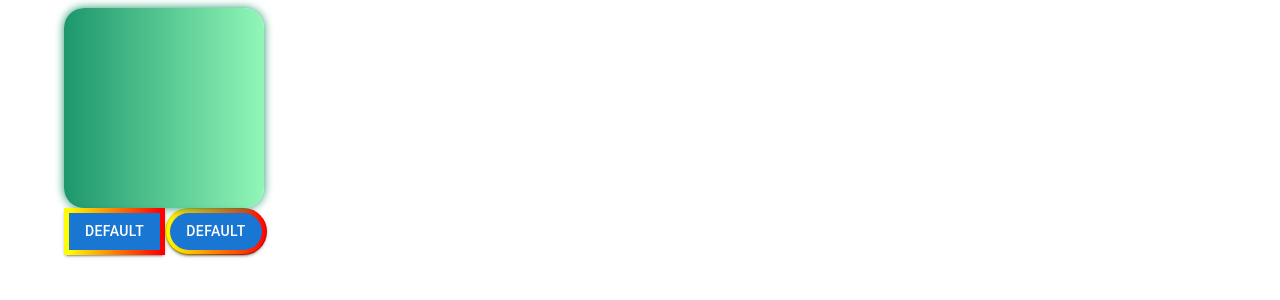
Repository: lokeshHappiest/reactjs-hm-template
Page: / (app in hm-react-template/)
An editor plug-in stored every save of this project. The page is shown before and after the next save, followed by the edit.
The browser window is 1280 px wide. The pictures show the whole page.
The project was rebuilt for these pictures with package versions that can differ from the ones it lists, and the page was loaded fresh each time. Requests to the local data server were answered from the project's data file. Also part of the build but not shown: hm-react-template/src/styles/styles.js, hm-react-template/src/components/SButton.jsx.

Above is the page before, as saved 2021-12-23 19:27:48.

### hm-react-template/src/App.js
import SButton from "./components/SButton";
import { useFetch } from "./hooks/useFetch";
import { useState } from "react";
import { Container } from "@mui/material";
import SCard from "./components/SCard";
import SGradientButton from "./components/SGradientButton";

export default function App() {
  const [url, setUrl] = useState("http://localhost:3000/notes");
  const { data, isPending, error } = useFetch(url);

  return (
    <Container>
      <SCard />
      <SGradientButton />
    </Container>
  );
}

### hm-react-template/src/hooks/useFetch.js
import { useState, useEffect } from "react";

export const useFetch = (url) => {
  const [data, setData] = useState(null);
  const [isPending, setIsPending] = useState(null);
  const [error, setError] = useState(null);

  useEffect(() => {
    const fetchData = async () => {
      setIsPending(true);
      try {
        const response = await fetch(url);
        if (!response.ok) {
          throw new Error(response.statusText);
        }
        const json = await response.json();
        setIsPending(false);
        setError(null);
        setData(json);
      } catch (err) {
        setIsPending(false);
        setError("could not fetch data");
        console.log(err.message);
      }
    };
    fetchData();
  }, [url]);
  return { data, isPending, error };
};

### hm-react-template/src/components/SCard.jsx
import { styled, Box } from "@mui/material";
import { unstable_extendSxProp as extendSXProp } from "@mui/system";

const StyledBox = styled(Box)({});

const styles = {
  card: {
    backgroundImage:
      "linear-gradient(to right, #1D976C 0%, #93F9B9  51%, #1D976C  100%)",
    transition: "0.5s",
    backgroundSize: "200% auto",
    color: "white",
    boxShadow: "0 0 10px #1D976C",
    borderRadius: "20px",
    display: "block",
    fontSize: "20px",
    width: 200,
    height: 200,
    "&:hover": {
      backgroundPosition: "right center",
    },
  },
};

export default function SCard(inProps) {
  const { sx } = extendSXProp(inProps);
  return <StyledBox sx={{ ...styles.card, ...sx }} />;
}

### hm-react-template/src/components/SGradientButton.jsx
import React from "react";
import { styled, Button } from "@mui/material";

const borderRadius = 25;

const options = {
  shouldForwardProp: (prop) => prop !== "gradientColors",
};

const GradientButton = styled(
  Button,
  options
)(({ theme, gradientColors }) => ({
  border: "5px solid",
  borderImageSlice: 1,
  borderImageSource: `linear-gradient(to left, ${gradientColors.join(",")})`,
}));

const RoundGradientButton = styled(
  Button,
  options
)(({ theme, gradientColors }) => ({
  position: "relative",
  border: "5px solid transparent",
  backgroundClip: "padding-box",
  borderRadius,

  "&:after": {
    position: "absolute",
    top: -5,
    left: -5,
    right: -5,
    bottom: -5,
    background: `linear-gradient(to left, ${gradientColors.join(",")})`,
    content: '""',
    zIndex: -1,
    borderRadius,
  },
}));

export default function SGradientButton() {
  return (
    <>
      <GradientButton gradientColors={["red", "yellow"]} variant="contained">
        Default
      </GradientButton>
      <RoundGradientButton
        gradientColors={["red", "yellow"]}
        variant="contained"
      >
        Default
      </RoundGradientButton>
    </>
  );
}

### hm-react-template/data/db.json
{
  "notes": [
    {
      "title": "Yoshi's birthday bash",
      "details": "Lorem Ipsum is simply dummy text of the printing and typesetting industry. Lorem Ipsum has been the industry's standard dummy text ever since the 1500s, when an unknown printer took a galley of type and scrambled it to make a type specimen book.",
      "category": "reminders",
      "id": 1
    },
    {
      "title": "Complete my ninja training",
      "details": "Lorem Ipsum is simply dummy text of the printing and typesetting industry. Lorem Ipsum has been the industry's standard dummy text ever since the 1500s, when an unknown printer took.",
      "category": "work",
      "id": 2
    },
    {
      "title": "Order a pizza!",
      "details": "Lorem Ipsum is simply dummy text of the printing and typesetting industry. Lorem Ipsum has been the industry's standard dummy text ever since the 1500s, when an unknown printer took a galley of type and scrambled it to make a type specimen book.\nLorem Ipsum is simply dummy text of the printing and typesetting industry. Lorem Ipsum has been the industry's standard dummy text ever since the 1500s, when an unknown printer took a galley of type and scrambled it to make a type specimen book.",
      "category": "todos",
      "id": 3
    },
    {
      "title": "pay the milk man",
      "details": " blah blah blah",
      "category": "work",
      "id": 4
    },
    {
      "title": "Pay the Internet bill",
      "details": "blah blah blah",
      "category": "money",
      "id": 5
    },
    {
      "title": "Note 80",
      "detail": "hksfh kjhfkjsd kfksdhfkj lkkhsjf lkjflasjf lkjlkjf ",
      "category": "reminders",
      "id": 6
    },
    {
      "title": "pay room rent",
      "details": " blah blah blah",
      "category": "work",
      "id": 7
    }
  ]
}

Loaded but not shown: hm-react-template/public/index.html (common file); hm-react-template/src/index.js (common file)

After the next save:
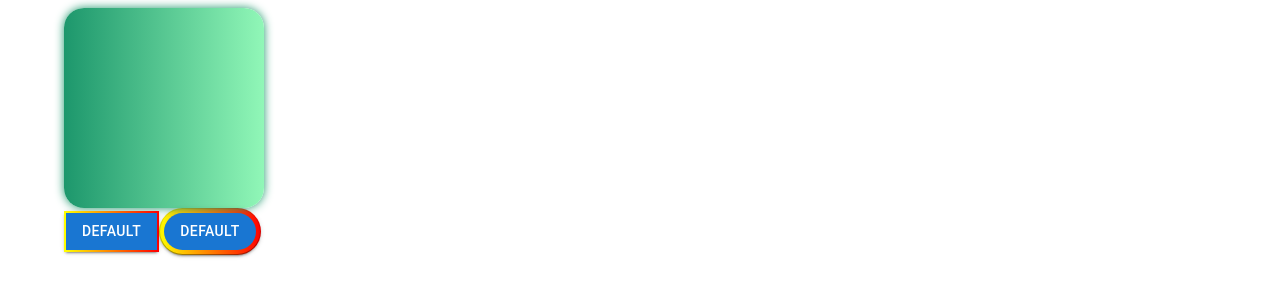
Saved 14 s later.
--- a/hm-react-template/src/components/SGradientButton.jsx
+++ b/hm-react-template/src/components/SGradientButton.jsx
@@ -11,7 +11,7 @@ const GradientButton = styled(
   Button,
   options
 )(({ theme, gradientColors }) => ({
-  border: "5px solid",
+  border: "2px solid",
   borderImageSlice: 1,
   borderImageSource: `linear-gradient(to left, ${gradientColors.join(",")})`,
 }));
